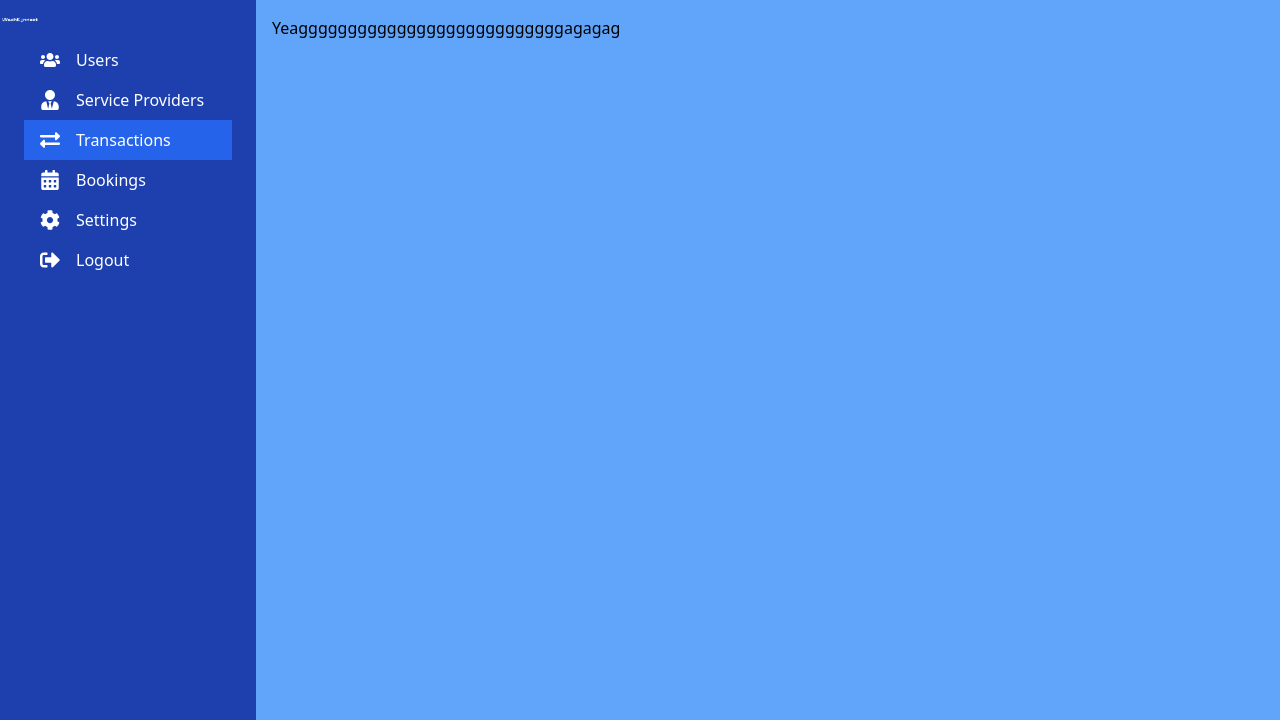
Repository: TEKVOLUTION-LTD/Admin-washKonnect
Page: /dashboard/transactions (app in Admin-WashKonnect/)
An editor plug-in stored every save of this project. The page is shown before and after the next save, followed by the edit.
The browser window is 1280 px wide. The pictures show the whole page.
The project was rebuilt for these pictures with package versions that can differ from the ones it lists, and the page was loaded fresh each time. Also part of the build but not shown: Admin-WashKonnect/vite.config.js, Admin-WashKonnect/src/api/api.js, Admin-WashKonnect/src/pages/LoginPage.jsx, Admin-WashKonnect/src/components/Pagination.jsx, Admin-WashKonnect/src/components/UsersPage.jsx, Admin-WashKonnect/src/pages/ServiceProviderPage.jsx, Admin-WashKonnect/src/pages/BookingsPage.jsx, Admin-WashKonnect/src/pages/SettingsPage.jsx and 1 more.

Above is the page before, as saved 2024-11-20 10:46:20.

After the next save:
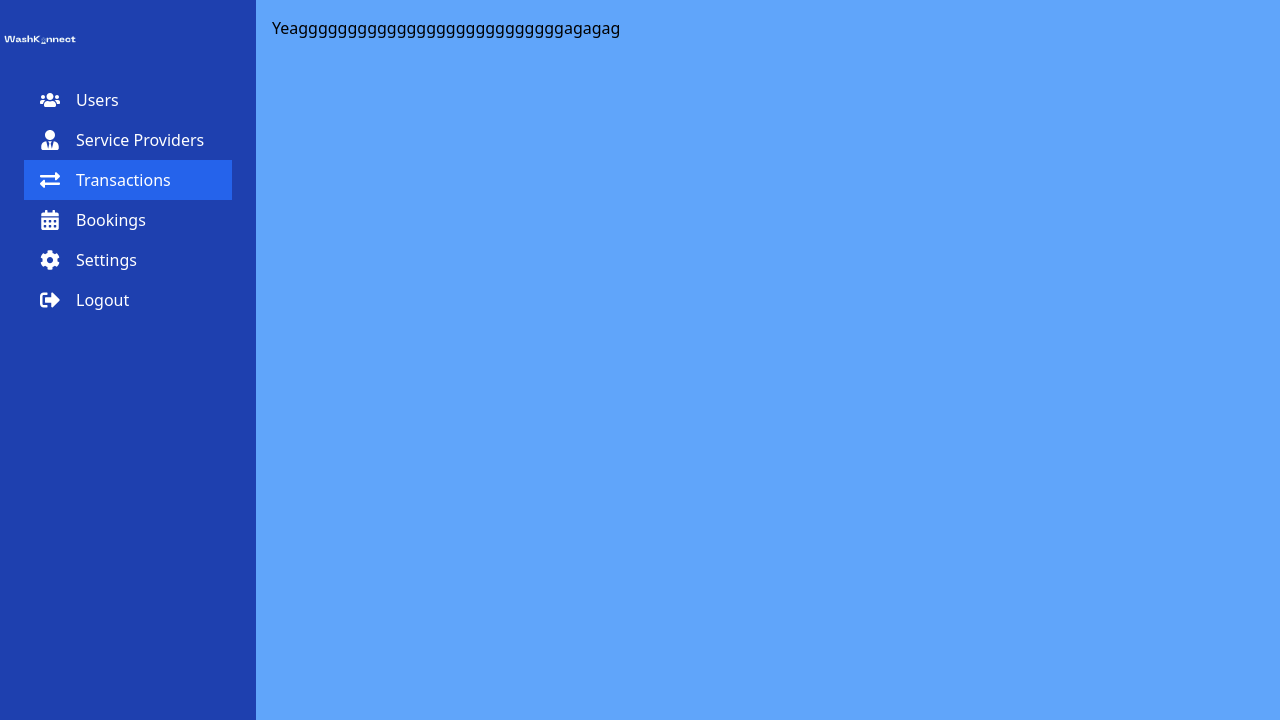
Saved 19 s later.
--- a/Admin-WashKonnect/src/components/Sidebar.jsx
+++ b/Admin-WashKonnect/src/components/Sidebar.jsx
@@ -15,7 +15,7 @@ const Sidebar = () => {
   return (
     <div className="w-64 bg-blue-800 text-white h-full  flex flex-col">
       <div>
-        <img src={WashkonnectLogo} className="h-10" alt="" />
+        <img src={WashkonnectLogo} className="h-[5rem]" alt="" />
       </div>
       <nav className="flex-1 mt-[rem] px-[1.5rem] ">
         {links.map((link) => (
